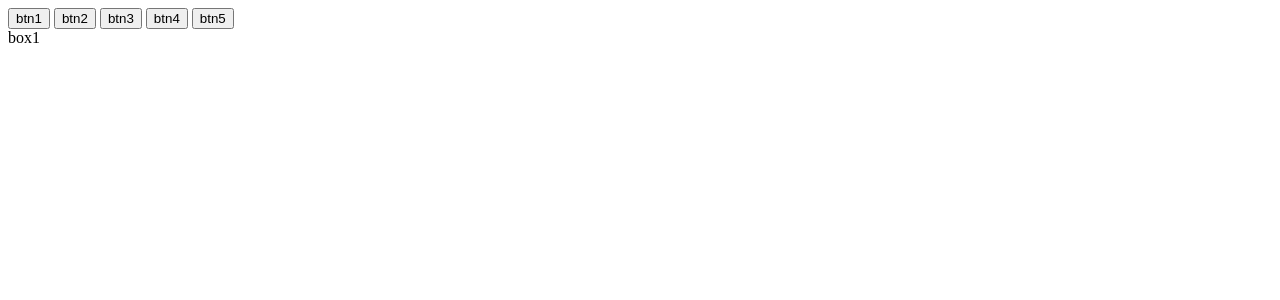
Repository: Shinhan1/shinhan
Page: http://localhost/web_goott/w20200323/jQueryEx06.jsp
The author's editor kept a copy of each file at every save. The page is drawn from the files as they stood at one save, then again after the next save.
The browser window is 1280 px wide. The pictures show the whole page.
After loading, the first visible `#btn4` was clicked once.
The page is served by Tomcat 9.

Above is the page before, as saved 2020-03-23 07:49:25.
Console error: ReferenceError: myStyle is not defined

### web_goott/WebContent/w20200323/jQueryEx06.jsp
<%@ page language="java" contentType="text/html; charset=UTF-8"
    pageEncoding="UTF-8"%>
<!DOCTYPE html>
<html>
<head>
<meta charset="UTF-8">
<title>jQueryEx06.jsp</title>
<style type="text/css">
	.myStyle {
		border : 5px solid black;
	}
</style>
<script src="https://ajax.googleapis.com/ajax/libs/jquery/3.4.1/jquery.min.js"></script>
<script type="text/javascript">
	$(document).ready(function(){
		// 1번 버튼을 누르면 CSS 효과를 적용하기
		$("#btn1").click(function(){
			// $을 이용하여 객체를 찾아가면 결국 느려짐 - $(선택자)를 변수로 선언해두면 리소스를 아낄수 있음

			var box1 = $("#box1");
			box1.css({
				"color" : "red",
				"background-color" : "green"

			});


			/* $("#box1").css("background-color", "green");
			$("#box1").css("color", "red");
			$("#box1").css("color", "yellow"); */

			// 1. 맵 방식 - JSON 객체 이용 {name1 : value1, name2 : value2, ... }
			/* $("#box1").css({
				"color" : "red",
				"background-color" : "green"

			}); */


			// 2. 메소드 체이닝 방식
			// $("#box1").css("background-color", "green").css("color", "red");

		});	// btn1 click() end

		// 2번 버튼을 누르면 prompt를 띄워서 어떤 배경색을 사용할 지 물어보고 box1의 배경색을 변경
		$("#btn2").on('click', function(){
			var color = prompt("어떤 배경색을 사용할까요?");
			$("#box1").css("background-color", color);

		});	// bt2 click end

		// 3번 버튼을 누르면 box1의 너비를 구해서 alert에 출력
		$("#btn3").click(function(){

			var width = $("#box1").css('width');
			// CSS를 속성만 주고 value값을 안주면 그 원래 값을 가져올 수 있음
			alert(width);


		});	// btn3 click end

		// 4번 버튼을 누르면 box1에 myStyle 클래스를 추가

		$("#btn4").click(function(){

			var ms = $("#box1").css(myStyle);
			alert(ms);

		});	// btn4 click end

		// 5번 버튼을 누르면 box1에서 myStyle 클래스를 제거

		$("#btn5").click(function(){




		});	// btn5 click end



	});
</script>
</head>
<body>
	<!-- CSS 처리를 위한 버튼 -->
	<!-- input:button[value="btn$"][id="btn$"]*5 -->
	<input type="button" value="btn1" id="btn1" />
	<input type="button" value="btn2" id="btn2" />
	<input type="button" value="btn3" id="btn3" />
	<input type="button" value="btn4" id="btn4" />
	<input type="button" value="btn5" id="btn5" />

	<div id="box1">box1</div>

</body>
</html>

After the next save:
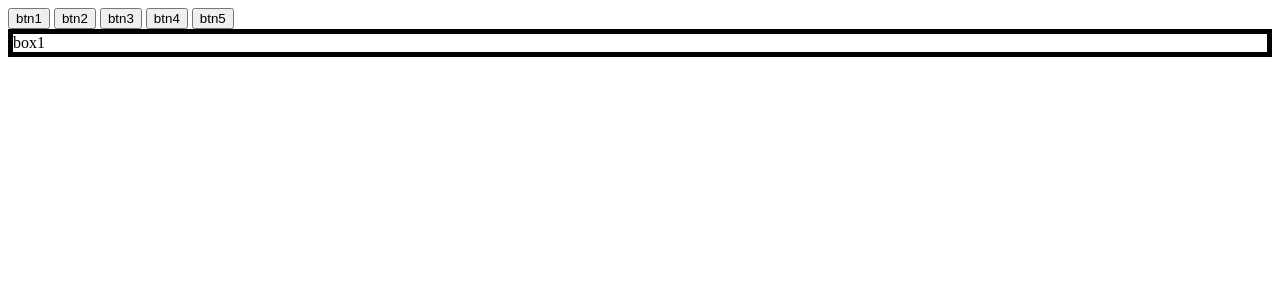
The error is gone.
Saved 3 min 26 s later.
--- a/web_goott/WebContent/w20200323/jQueryEx06.jsp
+++ b/web_goott/WebContent/w20200323/jQueryEx06.jsp
@@ -63,7 +63,7 @@
 
 		$("#btn4").click(function(){
 
-			var ms = $("#box1").css(myStyle);
+			var ms = $("#box1").addClass('myStyle');
 			alert(ms);
 
 		});	// btn4 click end
